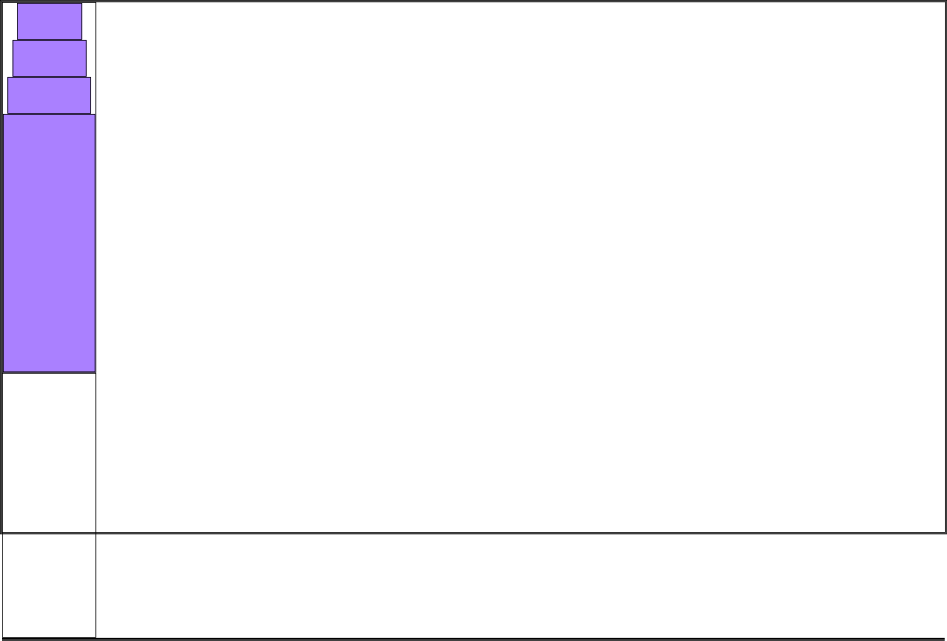
Repository: Lungdjos/city_skyline
Page: index.html
The author's editor kept a copy of each file at every save. The page is drawn from the files as they stood at one save, then again after a run of saves.
The browser window is 1280 px wide. The pictures show the whole page, at 74% of full size.

Above is the page before, as saved 2023-12-11 09:45:14.

### index.html
<!DOCTYPE html>
<html lang="en">

<head>
    <meta charset="UTF-8">
    <meta name="viewport" content="width=device-width, initial-scale=1.0">
    <title>City Skyline</title>
    <link href="styles.css" rel="stylesheet" />
</head>

<body>
    <div class="background-buildings">
        <div class="bb1">
            <div class="bb1a"></div>
            <div class="bb1b"></div>
            <div class="bb1c"></div>
            <div class="bb1d"></div>
        </div>
        <div class="bb2"></div>
        <div class="bb3"></div>
        <div class="bb4"></div>
    </div>
</body>

</html>

### styles.css
* {
    border: 1px solid black;
    box-sizing: border-box;
}

body {
    height: 100vh;
    margin: 0;
    overflow: hidden;
}

.background-buildings {
    width: 100%;
    height: 100%;
}

.bb1 {
    width: 10%;
    height: 70%;
    display: flex;
    flex-direction: column;
    align-items: center;
    --building-color1: #aa80ff;
}

.bb1a {
    width: 70%;
    height: 10%;
    background-color: var(--building-color1);
}

.bb1b {
    width: 80%;
    height: 10%;
    background-color: var(--building-color1);
}

.bb1c {
    width: 90%;
    height: 10%;
    background-color: var(--building-color1);
}

.bb1d {
    width: 100%;
    height: 70%;
    background-color: var(--building-color1);
}

.bb2 {
    height: 50%;
    width: 10%;
}

bb3 {
    width: 10%;
    height: 55%;
}

bb4 {
    height: 58%;
    width: 11%;
}

After the next 2 saves:
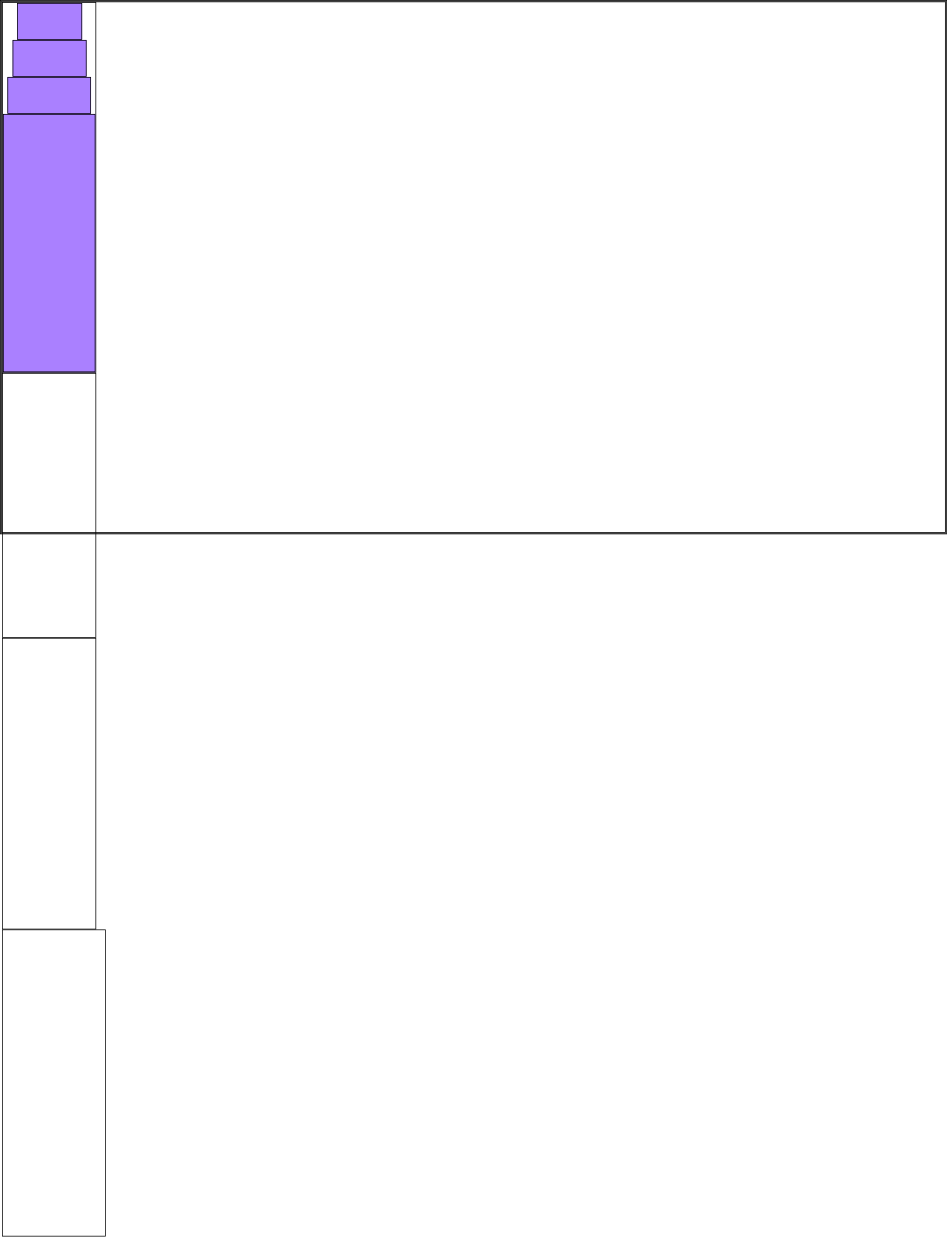
The 2 saves are shown as one change because they came seconds apart.
The last was saved 7 s later.
--- a/styles.css
+++ b/styles.css
@@ -52,12 +52,12 @@ body {
     width: 10%;
 }
 
-bb3 {
+.bb3 {
     width: 10%;
     height: 55%;
 }
 
-bb4 {
+.bb4 {
     height: 58%;
     width: 11%;
 }
